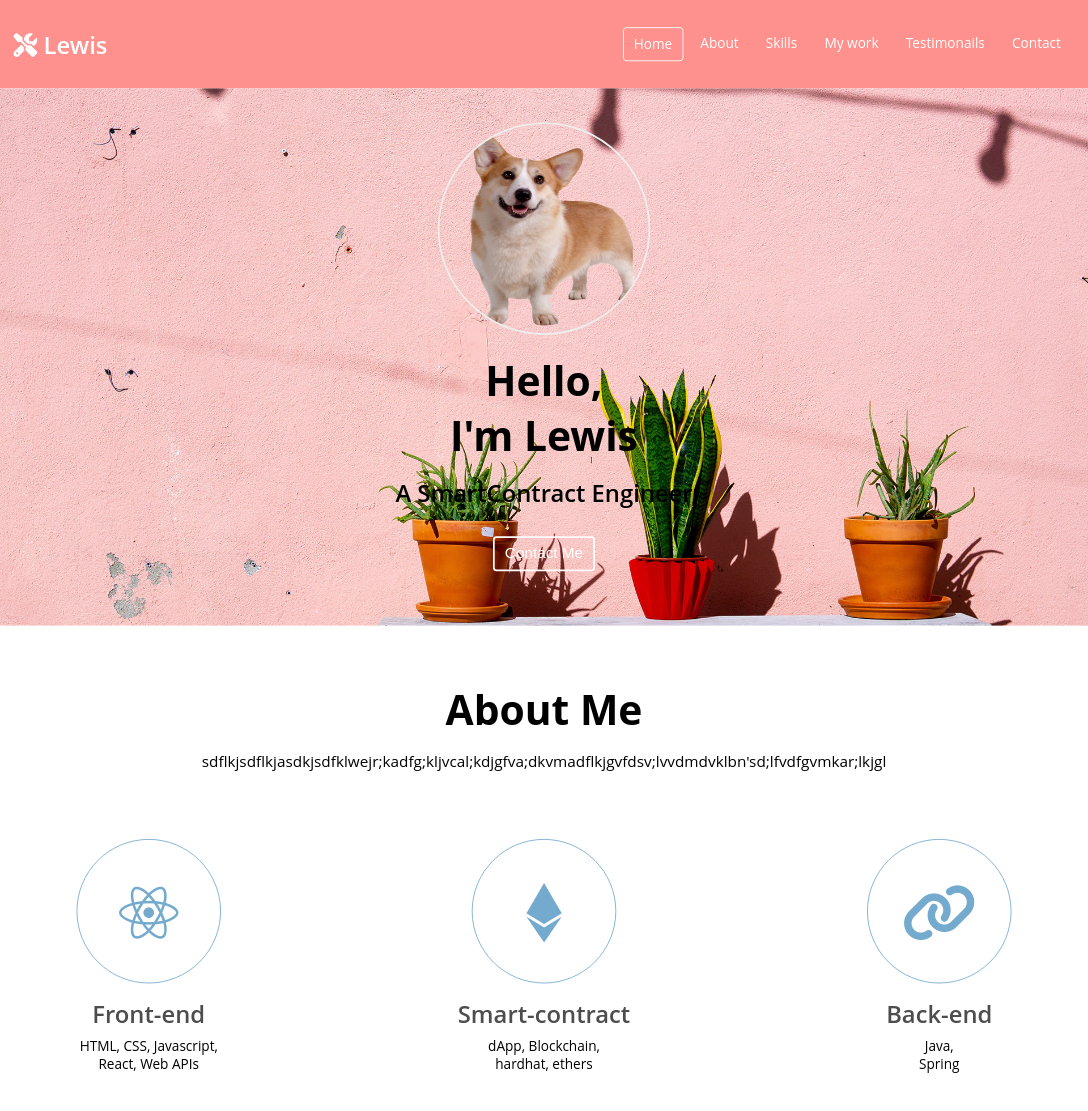
Repository: woojinShim/woojinShim.github.io
Page: index.html
The author's editor kept a copy of each file at every save. The page is drawn from the files as they stood at one save, then again after the next save.
The browser window is 1280 px wide. The pictures show the part of the page from y = 0 to 1307 px (the page is 7318 px tall before and 7302 px after), at 85% of full size.
A picture or video elsewhere on the page could not be fetched, so the positions and the page height are approximate. Some web libraries are served in a nearby version.

Above is the page before, as saved 2022-03-08 19:12:26.

After the next save:
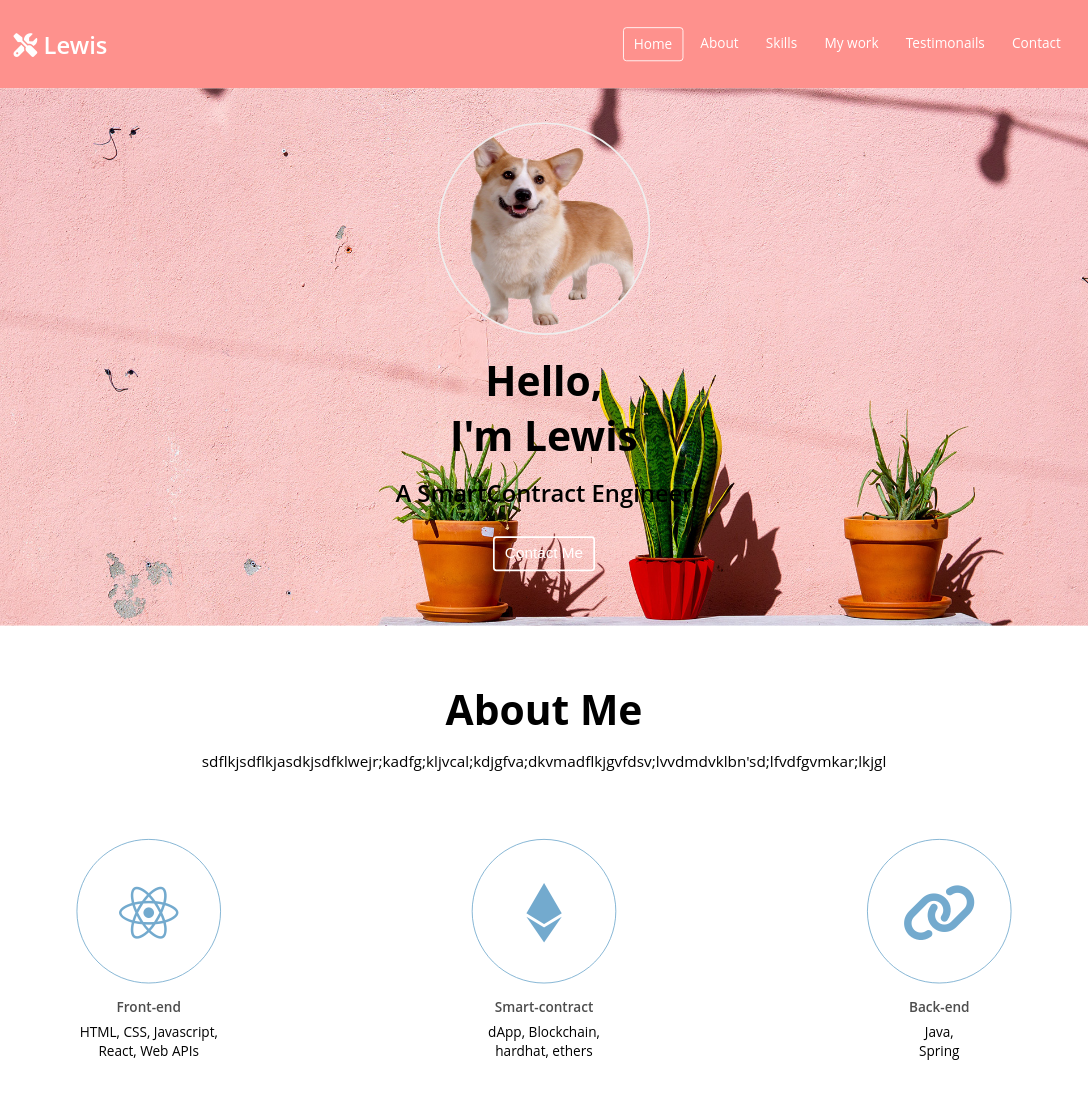
Saved 4 s later.
--- a/style.css
+++ b/style.css
@@ -183,5 +183,5 @@
 .major__title,
 .major__descrition {
   color: var(--color-dark-grey);
-  /* font-size: var(--font-small); */
+  font-size: var(--font-small);
 }
